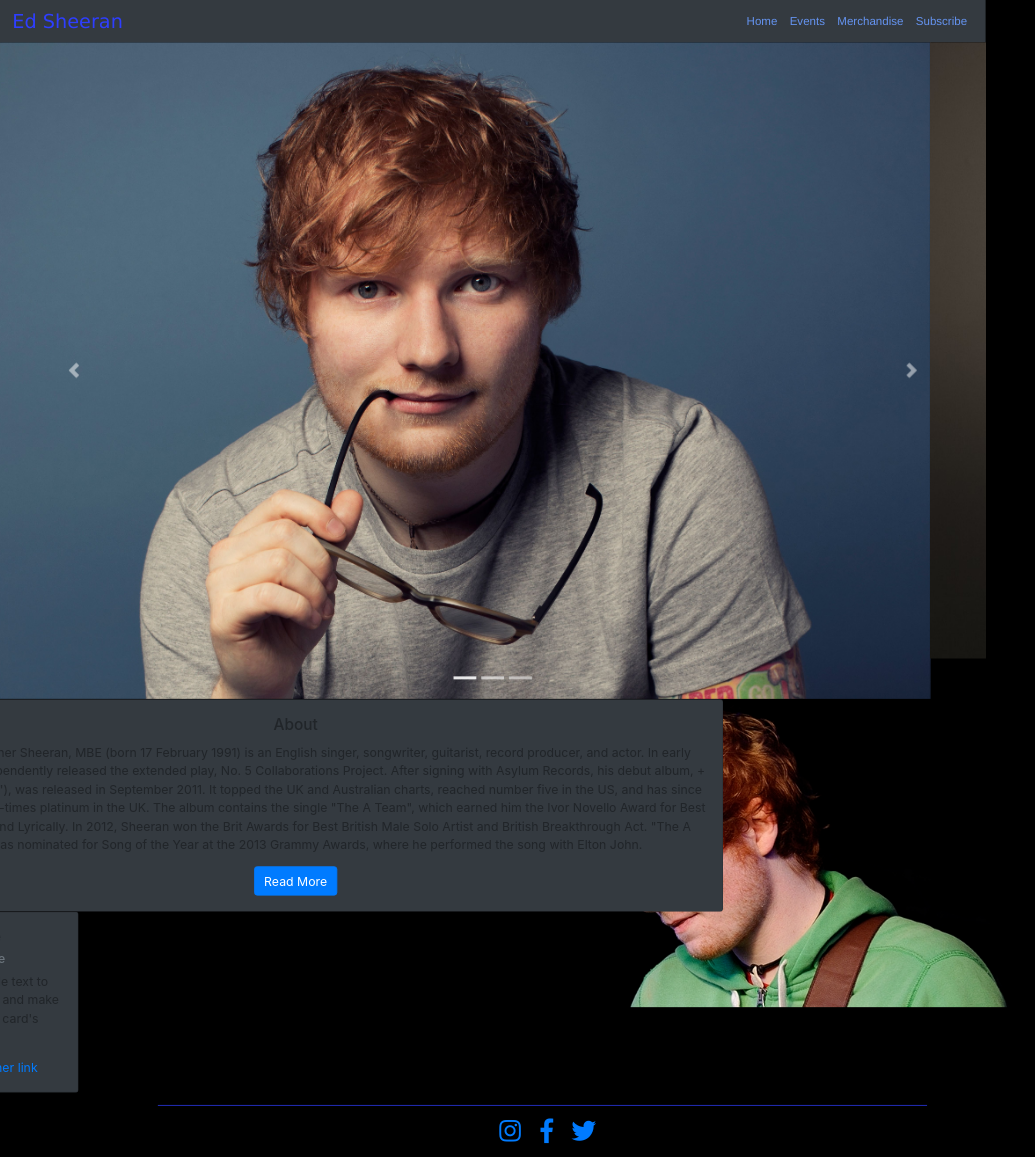
Repository: amit238/milestone-project-1
Page: index.html
The author's editor kept a record of every edit. The page is drawn from the files as they stood at one moment, then again after the next edit.
The browser window is 1280 px wide. The page is 1344 px wide, so the pictures cover 1344 px, including what lies to the right of the window. The pictures show the whole page, at 77% of full size.
Some web libraries are served in a nearby version.

Above is the page before.

### index.html
<!DOCTYPE html>
<html lang="en">

<head>
  <meta charset="UTF-8">
  <meta name="viewport" content="width=device-width, initial-scale=1.0">
  <meta http-equiv="X-UA-Compatible" content="ie=edge">
  <link rel="stylesheet" href="https://maxcdn.bootstrapcdn.com/bootstrap/4.2.1/css/bootstrap.min.css" type="text/css" />
  <link rel="stylesheet" href="https://use.fontawesome.com/releases/v5.0.10/css/all.css" integrity="sha384-+d0P83n9kaQMCwj8F4RJB66tzIwOKmrdb46+porD/OvrJ+37WqIM7UoBtwHO6Nlg" crossorigin="anonymous">
  <link rel="stylesheet" href="assets/css/style.css">
  <title>Ed Sheeran - User Centric Frontend Project</title>
</head>

<body>
  <nav class="navbar navbar-expand-lg navbar-dark bg-dark">
    <a class="edsheeran-brand">Ed Sheeran</a>
    <button type="button" class="navbar-toggler" data-toggle="collapse" data-target="#main-menu" aria-expanded="true">
                <span class="navbar-toggler-icon"></span>
            </button>
    <div id="main-menu" class="navbar-collapse collapse">
      <ul class="navbar-nav ml-auto">
        <li class="nav-item active"><a class="nav-link" href="index.html">Home</a></li>
        <li class="nav-item"><a class="nav-link" href="events.html">Events</a></li>
        <li class="nav-item"><a class="nav-link" href="merchandise.html">Merchandise</a></li>
        <li class="nav-item"><a class="nav-link" href="subscribe.html">Subscribe</a></li>
      </ul>
    </div>
  </nav>
  <div id="carouselExampleCaptions" class="carousel slide" data-ride="carousel">
    <ol class="carousel-indicators">
      <li data-target="#carouselExampleCaptions" data-slide-to="0" class="active"></li>
      <li data-target="#carouselExampleCaptions" data-slide-to="1"></li>
      <li data-target="#carouselExampleCaptions" data-slide-to="2"></li>
    </ol>
    <div class="carousel-inner">
      <div class="carousel-item active">
        <img class="d-block w-100" src="assets/images/wallpaper.jpg" alt="First Slide">
      </div>
      <div class="carousel-item">
        <img class="d-block w-100" src="assets/images/ed-sheeran-sitting-down.jpg" alt="Second Slide">
      </div>
      <div class="carousel-item">
        <img class="d-block w-100" src="assets/images/edsheeranwall.jpg" alt="Third Slide">
      </div>
    </div>
    <a class="carousel-control-prev" href="#carouselExampleCaptions" role="button" data-slide="prev">
    <span class="carousel-control-prev-icon" aria-hidden="true"></span>
    <span class="sr-only">Previous</span>
  </a>
    <a class="carousel-control-next" href="#carouselExampleCaptions" role="button" data-slide="next">
    <span class="carousel-control-next-icon" aria-hidden="true"></span>
    <span class="sr-only">Next</span>
  </a>
  </div>
  <div class="background">
    <div class="container">
      <div class="row content-card">
        <div class="col-12">
          <div class="card">
            <div class="card-body">
              <h5 class="card-title">About</h5>
              <p class="card-text">Edward Christopher Sheeran, MBE (born 17 February 1991) is an English singer, songwriter, guitarist, record producer, and actor. In early 2011, Sheeran independently released the extended play, No. 5 Collaborations Project. After signing
                with Asylum Records, his debut album, + (pronounced "plus"), was released in September 2011. It topped the UK and Australian charts, reached number five in the US, and has since been certified eight-times platinum in the UK. The album
                contains the single "The A Team", which earned him the Ivor Novello Award for Best Song Musically and Lyrically. In 2012, Sheeran won the Brit Awards for Best British Male Solo Artist and British Breakthrough Act. "The A Team" was nominated
                for Song of the Year at the 2013 Grammy Awards, where he performed the song with Elton John.</p>
              <a href="https://en.wikipedia.org/wiki/Ed_Sheeran" class="btn btn-primary">Read More</a>
            </div>
          </div>
        </div>
      </div>
      <div class="row">
      <div class="card" style="width: 18rem;">
        <div class="card-body">
          <h5 class="card-title">Card title</h5>
          <h6 class="card-subtitle mb-2 text-muted">Card subtitle</h6>
          <p class="card-text">Some quick example text to build on the card title and make up the bulk of the card's content.</p>
          <a href="#" class="card-link">Card link</a>
          <a href="#" class="card-link">Another link</a>
        </div>
      </div>
    </div>
    <footer>
      <hr>
      <div class="row">
        <div class="col-12">
          <ul class="list-inline social-links">
            <li class="list-inline-item"><a target="_blank" href="https://www.facebook.com"><i></i></a>
            </li>
            <li class="list-inline-item"><a href="https://www.instagram.com/teddysphotos/?hl=en"><i class="fab fa-instagram fa-2x fa-fw"></i></a>
              <li class="list-inline-item"><a href="https://en-gb.facebook.com/EdSheeranMusic"><i class="fab fa-facebook-f fa-2x fa-fw"></i></a>
                <li class="list-inline-item"><a href="https://twitter.com/edsheeran?lang=en"><i class="fab fa-twitter fa-2x fa-fw"></i></a>
                </li>
          </ul>
        </div>
      </div>
    </footer>
  </div>
  <script src="https://code.jquery.com/jquery-3.3.1.slim.min.js" integrity="sha384-q8i/X+965DzO0rT7abK41JStQIAqVgRVzpbzo5smXKp4YfRvH+8abtTE1Pi6jizo" crossorigin="anonymous"></script>
  <script src="https://cdnjs.cloudflare.com/ajax/libs/popper.js/1.14.6/umd/popper.min.js" integrity="sha384-wHAiFfRlMFy6i5SRaxvfOCifBUQy1xHdJ/yoi7FRNXMRBu5WHdZYu1hA6ZOblgut" crossorigin="anonymous"></script>
  <script src="https://stackpath.bootstrapcdn.com/bootstrap/4.2.1/js/bootstrap.min.js" integrity="sha384-B0UglyR+jN6CkvvICOB2joaf5I4l3gm9GU6Hc1og6Ls7i6U/mkkaduKaBhlAXv9k" crossorigin="anonymous"></script>
</body>

</html>

### assets/css/style.css
body {
    background-color: #000000;
}

/*--------------------NAVBAR--------------------*/

.navbar.navbar-expand-lg.navbar-dark.bg-dark .edsheeran-brand {
    color: #2E3EFF;
    font-family: Verdana, sans-serif;
    font-size: 25px;
    font-weight: 500;

}

.navbar.navbar-expand-lg.navbar-dark.bg-dark .nav-link {
    color: #6594F1;
    font-family: Helvetica, sans-serif;
    font-size: 15px;
    font-weight: 300;
}

/*----------INDEX-----------*/

/*--------------------CAROUSEL--------------------*/

.size {
    width: 100%;
}

/*-------------------BACKGROUND--------------------*/

.background {
    background-image: url("../../edsheeranblack.png");
    background-repeat: no-repeat;
    background-position: top right;
    height: 25em;
    position: relative;
    left: 4em;
}

/*--------------------CONTAINER--------------------*/

.container-fluid {
    position: relative;
    top: 2em;
    width: 65%;
}

/*--------------------ABOUT--------------------*/

.card {
    position: relative;
    right: 20em;
    background-color: #343a40;
    text-align: center;

}



/*--------------------AUDIO--------------------*/

/*.audio-card {*/
/*    margin-top: 2em;*/
/*    width: 45em;*/
/*}*/

/*--------------------ALBUM--------------------*/

/*--------------------FOOTER--------------------*/

.list-inline {
    text-align: center;
}

footer hr {
    background: #2E3EFF;
    width: 90%;
}

/*--------------------MEDIA QUERIES_INDEX--------------------*/

@media screen and (min-width: 1380px) {

/*    .card {*/
/*        width: 65%;*/
/*    }*/
/*}*/

@media only screen and (max-width: 1380px) {
    .background {
        background-image: none;
    }

    /*.card {*/
    /*    position: relative;*/
    /*    left: 0em;*/
    /*}*/



/*--------------------EVENTS--------------------*/
    .events {
        font-family: Verdana, sans-serif;
        text-align: center;
        color: #2E3EFF;
        font-size: 400%;
        font-weight: 800;
    }

/*--------------------MERCHANDISE--------------------*/
    .Merchandise {
        font-family: Verdana, sans-serif;
        text-align: center;
        color: #2E3EFF;
        font-size: 400%;
        font-weight: 800;
    }

    .NewMerch {
        text-align: center;
        color: #6594F1;
        font-weight: 600;
        font-family: Helvetica, sans-serif;
        padding: 1em;
    }

    .best-sell {
        font-family: Helvetica, sans-serif;
        text-align: center;
        color: #6594F1;
        font-size: 400%;
        font-weight: 600;
        padding: 1em;
    }


/*--------------------MEDIA QUERIES_MERCH--------------------*/
/*--------------------SUBSCRIBE--------------------*/
    .Subscribe {
    font-family: Verdana, sans-serif;
    text-align: center;
    color: #2E3EFF;
        font-size: 400%;
        font-weight: 800;
    }

After the next edit:
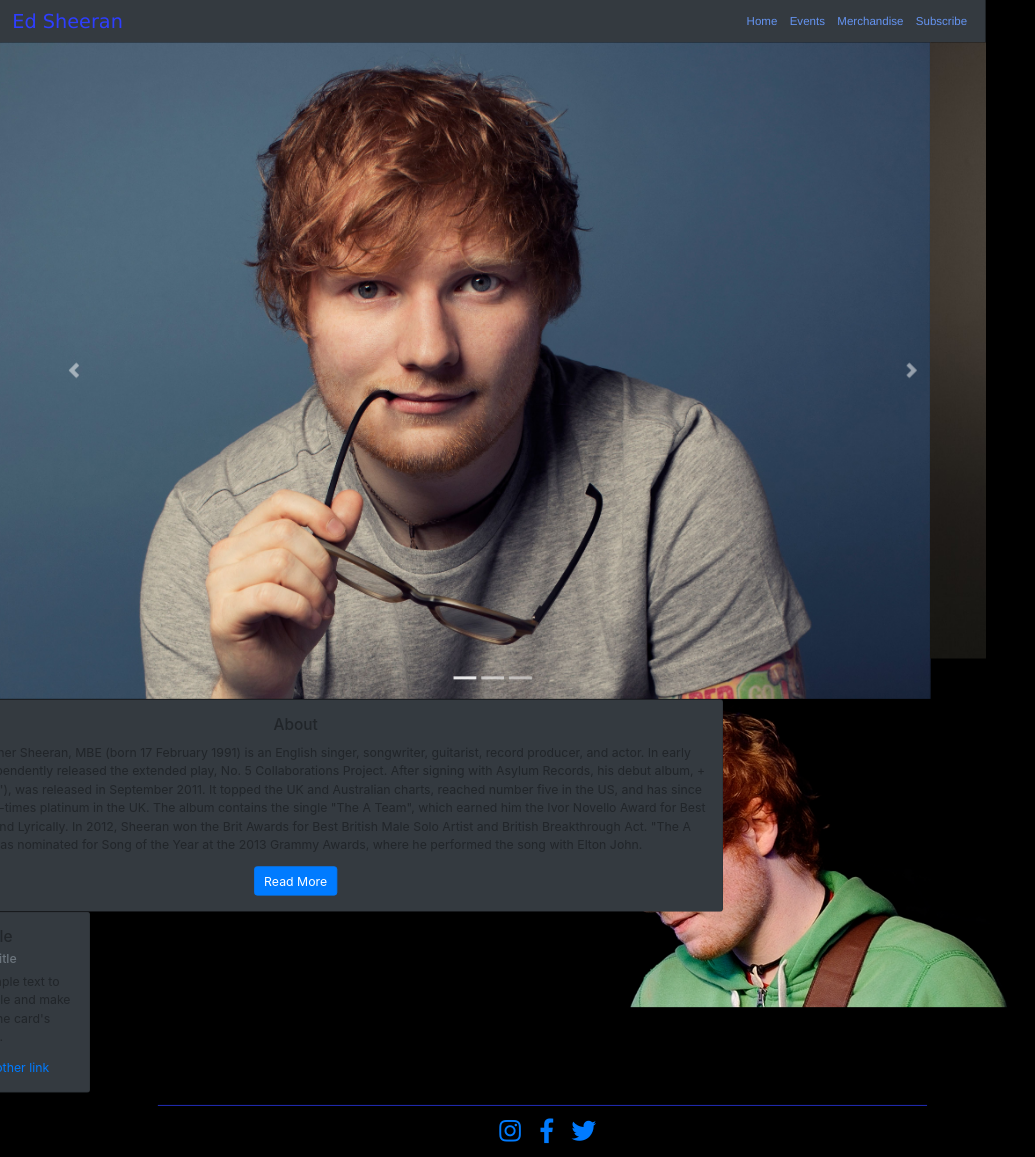
The edit:
--- a/index.html
+++ b/index.html
@@ -69,13 +69,15 @@
         </div>
       </div>
       <div class="row">
-      <div class="card" style="width: 18rem;">
-        <div class="card-body">
-          <h5 class="card-title">Card title</h5>
-          <h6 class="card-subtitle mb-2 text-muted">Card subtitle</h6>
-          <p class="card-text">Some quick example text to build on the card title and make up the bulk of the card's content.</p>
-          <a href="#" class="card-link">Card link</a>
-          <a href="#" class="card-link">Another link</a>
+        <div class="col-12">
+        <div class="card" style="width: 18rem;">
+          <div class="card-body">
+            <h5 class="card-title">Card title</h5>
+            <h6 class="card-subtitle mb-2 text-muted">Card subtitle</h6>
+            <p class="card-text">Some quick example text to build on the card title and make up the bulk of the card's content.</p>
+            <a href="#" class="card-link">Card link</a>
+            <a href="#" class="card-link">Another link</a>
+          </div>
         </div>
       </div>
     </div>
